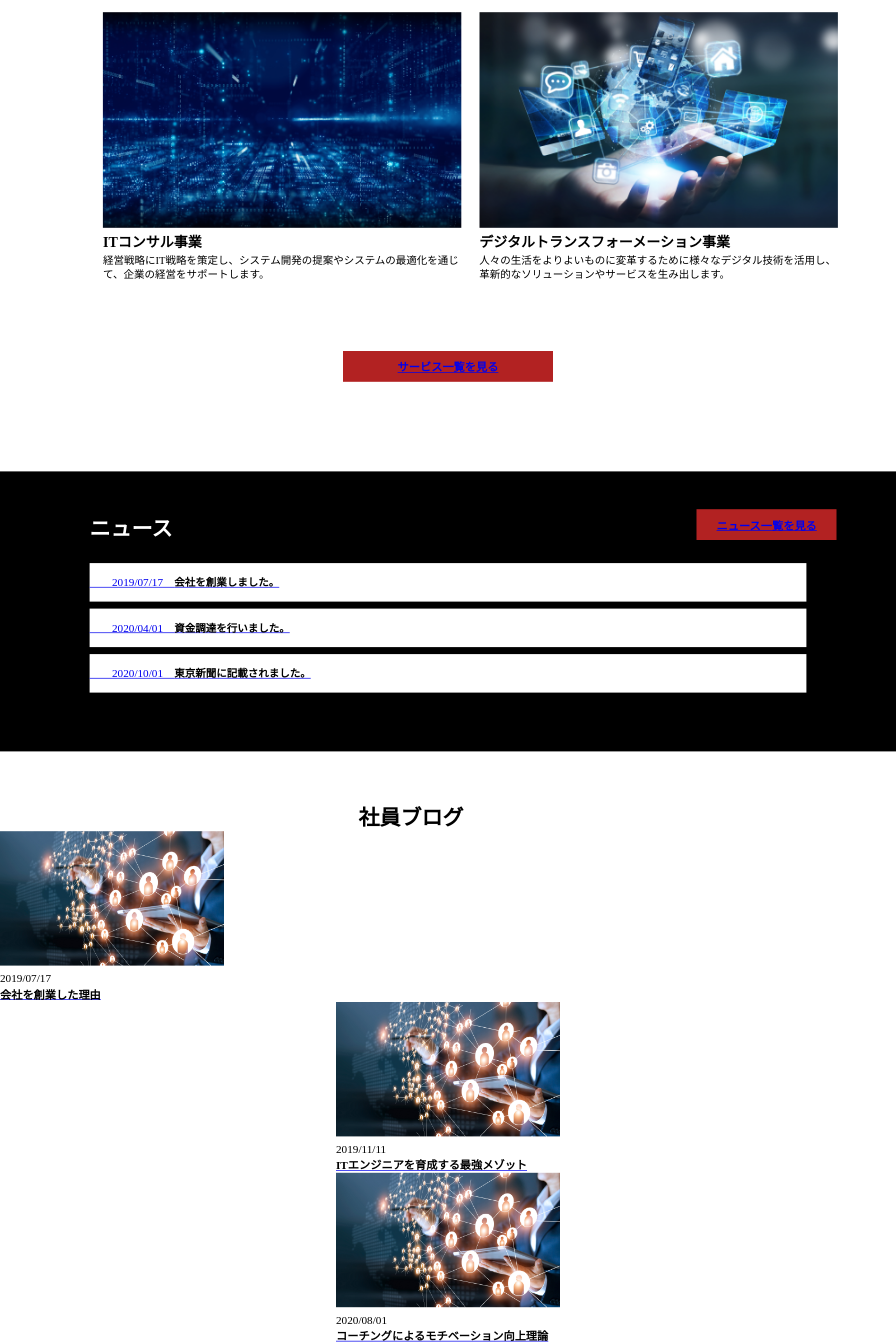
Repository: sigemasaasuka/20211012sigemasa
Page: index.html
These files come from the project's save history. The page is drawn as it stood at one moment and after a run of saves; the edit follows.
The browser window is 1280 px wide. The pictures show the part of the page from y = 1338 to 3258 px (the page is 3258 px tall), at 70% of full size.

Above is the page before, as saved 2021-10-19 17:59:09.

### index.html
<!DOCTYPE html>
<html lang="ja">

<head>
  <meta charset="UTF-8">
  <meta name="viewport" content="width=device-width, initial-scale=1.0">
  <title>Document</title>

    <link rel="stylesheet" href="css/reset.css">
    <link rel="stylesheet" href="css/index.css">
</head>
<body>
  <header class="header">
    <div class="header-logo">
      <img class="logo" src="img/logo.png" alt="logo">
    </div>
    <nav class="header-nav">
      <ul class="header-nav-list">
        <li class="header-nav-item"><a href="index.html">ホーム</a></li>
        <li class="header-nav-item"><a href="service.html">事業内容</a></li>
        <li class="header-nav-item"><a href="news.html">ニュース</a></li>
        <li class="header-nav-item"><a href="blog.html">社員ブログ</a></li>
        <li class="header-nav-item"><a href="company.html">会社概要</a></li>
        <li class="header-nav-item"><a href="recruit.html">採用情報</a></li>
        <li class="header-nav-item"><a href="contact.html">お問い合わせ</a></li>
      </ul>
    </nav>
  </header>
  <div class="home">
  <div class="home-photo">
    <div class="home-title">
    <p>最新のテクノロジーで社会課題を解決</p>
      <div class="home-title2">
      <p>Solving　issues　with　the　latest　technology</p>
     </div>
    </div>
    </div>
    </div>
    <div class="home-color">
      <div class="hope">
        <p><br><br>株式会社TECHの想い</p>
        <div class="hope2">
          <p>あらゆる産業において、新たなデジタル技術を使ってこれまでにないビジネスモデルを展開する新規参加者が登場し、ゲームチェンジが起ころうとしています。こうした<br>中で、各企業は、競争力維持・強化のために、DXを迅速に進めていくことが求められています。しかし、DXにおいて投資コストは非常にかかります。株式会社TECHでは<br>独自のオペレーションと人材教育により、他社よりも価格を抑えた開発を行います。</p>
        </div>
      </div>
    </div>
    <div class="service">
      <p>サービス</p>
      </div>
      <div class="png1">
      <div class="service1">
        <img  src="img/service1.png"  alt="service1">
        <div class="it">
        <p>IT人材育成事業</p>
        <div class="it2">
        <p>これまでに培った教育手法を生かして、短期間で即戦力のIT人材を育成します。</p>
        </div>
      </div>
      </div>
      <div class="service2">
      <img  src="img/service2.png" alt="service2">
      <div class="coach">
        <p>コーチング事業</p>
        <div class="coach2">
          <p>目標達成を最短で実現するために、プロのコーチによるマンツーマンのサポートを実施します</p>
        </div>
      </div>
      </div>
      </div>
      <div class="png2">
      <div class="service3">
        <img src="img/service3.png" alt="service3">
        <div class="Consultant">
          <p>ITコンサル事業</p>
          <div class="Consultant2">
            <p>経営戦略にIT戦略を策定し、システム開発の提案やシステムの最適化を通じて、企業の経営をサポートします。</p>
          </div>
        </div>
      </div>
      <div class="service4">
        <img src="img/service4.png" alt="service4">
        <div class="formation">
          <p>デジタルトランスフォーメーション事業</p>
          <div class="formation2">
            <p>人々の生活をよりよいものに変革するために様々なデジタル技術を活用し、革新的なソリューションやサービスを生み出します。</p>
          </div>
        </div>
      </div>
      </div>
      <div class="list">
        <a href="service.html">サービス一覧を見る</a>
      </div>
      <div class="news">
        <div class="nesw-list">
          <div class="news-font">
          <p>ニュース</p></div>
          <div class="news-button">
            <a href="news.html">ニュース一覧を見る</a>
          </div>
        </div>
        <div class="news-info1">
          <a href="index.html">　　2019/07/17　<span class="co">会社を創業しました。</span></a></div>
          <div class="news-info2">
          <a href="index.html">　　2020/04/01　<span class="fund">資金調達を行いました。</span></a></div>
          <div class="news-info3">
          <a href="index.html">　　2020/10/01　<span class="newspaper">東京新聞に記載されました。</span></a></div>
      </div>
      <div class="blog">
        <p>社員ブログ</p>
        </div>
        <div class="reason">
        <div class="reason-png">
          <a href="index.html">
            <img src="img/blog.png" alt="blog">
          </a>
          <p class="reason1">2019/07/17</p>
          <a href="index.html"><p class="reason2">会社を創業した理由</p></a>
        </div>
        </div>
        <div class="nurturing">
        <div class="nurturing-png">
          <a href="index.html">
            <img src="img/blog.png" alt="blog">
          </a>
          <p class="nurturing1">2019/11/11</p>
          <a href="index.html">
            <p class="nurturing2">ITエンジニアを育成する最強メゾット</p>
          </a>
        </div>
      </div>
      <div class="coaching">
        <div class="coaching-png">
        <a href="index.html">
          <img src="img/blog.png" alt="blog">
        </a>
        <p class="coaching1">2020/08/01</p>
        <a href="index.html">
          <p class="coaching2">コーチングによるモチベーション向上理論</p>
        </a>
        </div>
        </div>


<script src="js/main.js"></script>
</body>
</html>

### css/reset.css
@charset "UTF-8";
html, body, div, span, applet, object, iframe,
h1, h2, h3, h4, h5, h6, p, blockquote, pre,
a, abbr, acronym, address, big, cite, code,
del, dfn, em, img, ins, kbd, q, s, samp,
small, strike, strong, sub, sup, tt, var,
b, u, i, center,
dl, dt, dd, ol, ul, li,
fieldset, form, label, legend,
table, caption, tbody, tfoot, thead, tr, th, td,
article, aside, canvas, details, embed,
figure, figcaption, footer, header, hgroup,
menu, nav, output, ruby, section, summary,
time, mark, audio, video {
margin: 0;
padding: 0;
border: none;
font-style: normal;
text-align: left;
zoom: 1;
}
article, aside, details, figcaption, figure,
footer, header, hgroup, menu, nav, section {
display: block;
}
table {
border-collapse: collapse;
font-family: inherit;
}
h1,h2,h3,h4,h5 {
font-size: 100%;
font-weight: normal;
line-height: 1;
}
input,textarea,select {
font-family: inherit;
font-size: 16px;
}
input[type="button"],input[type="text"],input[type="submit"] {
 -webkit-appearance: none;
 border-radius: 0;
}
textarea {
resize: none;
-webkit-appearance: none;
border-radius: 0;
}
th,td {
border-collapse: collapse;
}
table th,table td {
white-space: nowrap;
}
ul,ol {
list-style-type: none;
}
img {
vertical-align: text-bottom;
vertical-align: -webkit-baseline-middle;
max-width: 100%;
height: auto;
width /***/:auto;
}

### css/index.css
.logo {
  text-decoration: none;
  color: inherit;
  width: 50%;
}
.header {
  width: 100%;
  display: flex;
  justify-content: space-between;
  align-items: center;
  height: 70px;
  padding: 0 30px;
  position: fixed;
  box-sizing: border-box;
  background-color: #fff;
  color: #000;
}

.a {
  text-decoration: none;
}

.header-ttl {
  font-size: 24px;
  width: 80px;
}

.header-nav-list {
  display: flex;
  font-weight: bold;
}

.header-nav-item:not(:last-child) {
  margin-right: 30px;
}

.home-photo {
  position: relative;
  padding-top: calc(250 / 683 * 100%); /* calc(画像高さ ÷ 画像横幅 × 100%) */
  background: url(../img/mv.png) center center / cover no-repeat;
}

.home-title {
  display: flex;
  flex-direction: column;
  position: absolute;
  font-size: 50px;
  margin-left: 20%;
  top: 40%;
  font-weight: bolder;
  color: #fff;
}

.home-title2 {
  display: flex;
  position: absolute;
  font-size: 20px;
  margin-top: 45px;
  margin-left: 23%;
  top: 40%;
  font-weight: bold;
  color: #fff;
}

.home-color {
  background-color: #000;
  height: 300px;
}

.hope {
  top: 30%;
  display: flex;
  flex-direction: column;
  font-weight: bolder;
  font-size: 30px;
  margin-left: 10%;
  color: #fff;
}

.hope2 {
  display: flex;
  font-size: 15px;
  margin-top: 20px;
  font-weight: normal;
  color: #fff;
}

.service {
  margin-top: 5%;
  margin-left: 45%;
  font-size: 35px;
  font-weight: bolder;
}

.png1 {
  display: flex;
  justify-content: center;
}

.service1 {
  margin-top: 5%;
  margin-left: 5%;
  width: 40%;
}

.it {
  margin-top: 1%;
  font-size: 20px;
  font-weight: bolder;
}

.it2 {
  font-size: 15px;
  font-weight: normal;
}

.service2 {
  margin-top: 3%;
  margin-left: 2%;
  width: 40%;
}

.coach {
  margin-top: 1%;
  font-size: 20px;
  font-weight: bolder;
}

.coach2 {
  font-size: 15px;
  font-weight: normal;
}

.png2 {
  display: flex;
  justify-content: center;
}

.service3 {
  margin-top: 2%;
  margin-left: 5%;
  width: 40%;
}

.Consultant {
  margin-top: 1%;
  font-size: 20px;
  font-weight: bolder;
}

.Consultant2 {
  font-size: 15px;
  font-weight: normal;
}

.service4 {
  margin-top: 2%;
  margin-left: 2%;
  width: 40%;
}

.formation {
  margin-top: 1%;
  font-size: 20px;
  font-weight: bolder;
}

.formation2 {
  font-size: 15px;
  font-weight: normal;
}

.list {
  width: 300px;
  padding: 10px 0;
  color: #fff;
  font-weight: bold;
  background: #b22222;
  text-align: center;
  margin: 100px auto 0;
  display: block;
}

.news {
  margin-top: 10%;
  background-color: #000;
  height: 400px;
}

.nesw-list {
  margin-left: 10%;
  display: flex;
  justify-content: flex-start;
  align-items: center;
}

.news-font {
  font-weight: bold;
  font-size: 30px;
  color: #fff;
  margin-top: 5%;
}

.news-button {
  color: #fff;
  margin-top: 50px;
  margin-left: 65%;
  width: 200px;
  padding: 10px 0;
  font-weight: bold;
  background: #b22222;
  text-align: center;
  display: block;
}

.news-info1 {
  margin-top: 30px;
  margin-left: 10%;
  width: 80%;
  height: 35px;
  padding: 10px 0;
  background: #fff;
  line-height: 35px;
  display: block;
  color: #000;
}
.co {
  font-size: 15px;
  font-weight: bold;
  color: #000;
}

.news-info2 {
  margin-top: 10px;
  margin-left: 10%;
  width: 80%;
  height: 35px;
  padding: 10px 0;
  background: #fff;
  line-height: 35px;
  display: block;
  color: #000;
}
.fund {
  font-size: 15px;
  font-weight: bold;
  color: #000;
}

.news-info3 {
  margin-top: 10px;
  margin-left: 10%;
  width: 80%;
  height: 35px;
  padding: 10px 0;
  background: #fff;
  line-height: 35px;
  display: block;
  color: #000;
}
.newspaper {
  font-size: 15px;
  font-weight: bold;
  color: #000;
}

.blog {
  margin-top: 70px;
  margin-left: 40%;
  font-size: 30px;
  font-weight: bolder;
}

.reason {
  display: flex;
  justify-content: flex-start;
  flex-direction: row;
}
.reason-png {
  width: 25%;
}

.reason1 {
  margin-top: 10px;
  color: #000;
}

.reason2 {
  font-weight: bolder;
  color: #000;
}

.nurturing {
  display: flex;
  justify-content: center;
}
.nurturing-png {
  width: 25%;
}

.nurturing1 {
  margin-top: 10px;
  color: #000;
}

.nurturing2 {
  font-weight: bolder;
  color: #000;
}

.coaching {
  display: flex;
  justify-content: center;
}

.coaching-png {
  width: 25%;
}

.coaching1 {
  margin-top: 10px;
  color: #000;
}

.coaching2 {
  font-weight: bolder;
  color: #000;
}

Loaded but not shown: js/main.js (no stored copy; drawn as an empty file)

After the next 2 saves:
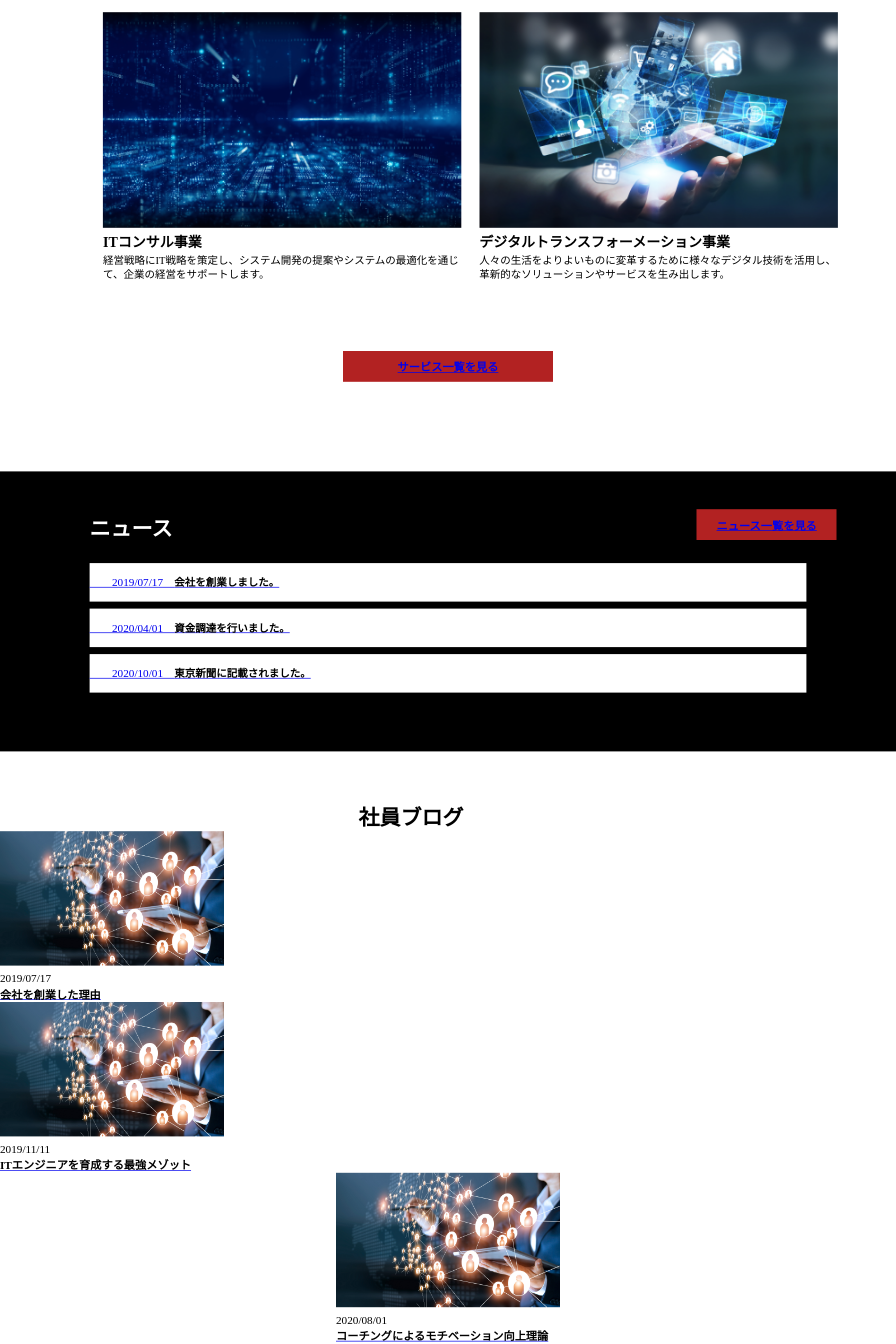
The 2 saves are shown as one change because they came seconds apart.
The last was saved 10 s later.
--- a/css/index.css
+++ b/css/index.css
@@ -292,7 +292,9 @@
 
 .nurturing {
   display: flex;
-  justify-content: center;
+display: flex;
+  justify-content: flex-start;
+  flex-direction: row;
 }
 .nurturing-png {
   width: 25%;
